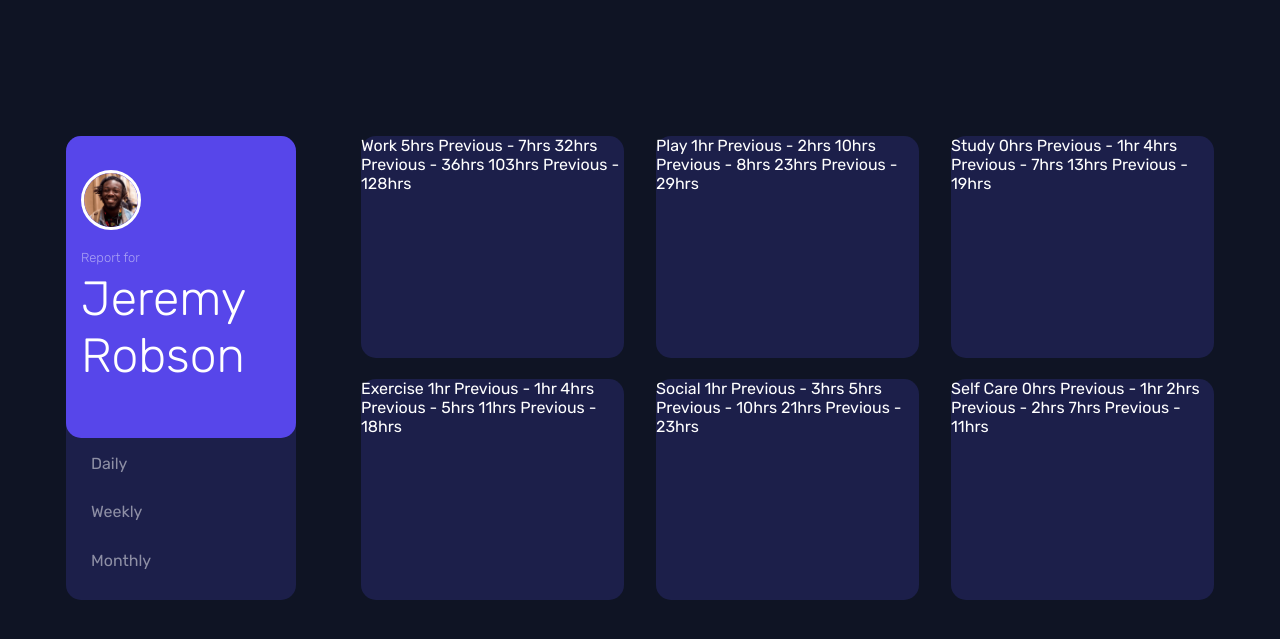
Repository: 3mr-5aled/time-tracking-dashboard-Junior
Page: index.html
These files come from the project's save history. The page is drawn as it stood at one moment and after the next save; the edit follows.
The browser window is 1280 px wide. The pictures show the whole page.

Above is the page before, as saved 2022-12-27 19:22:34.

After the next save:
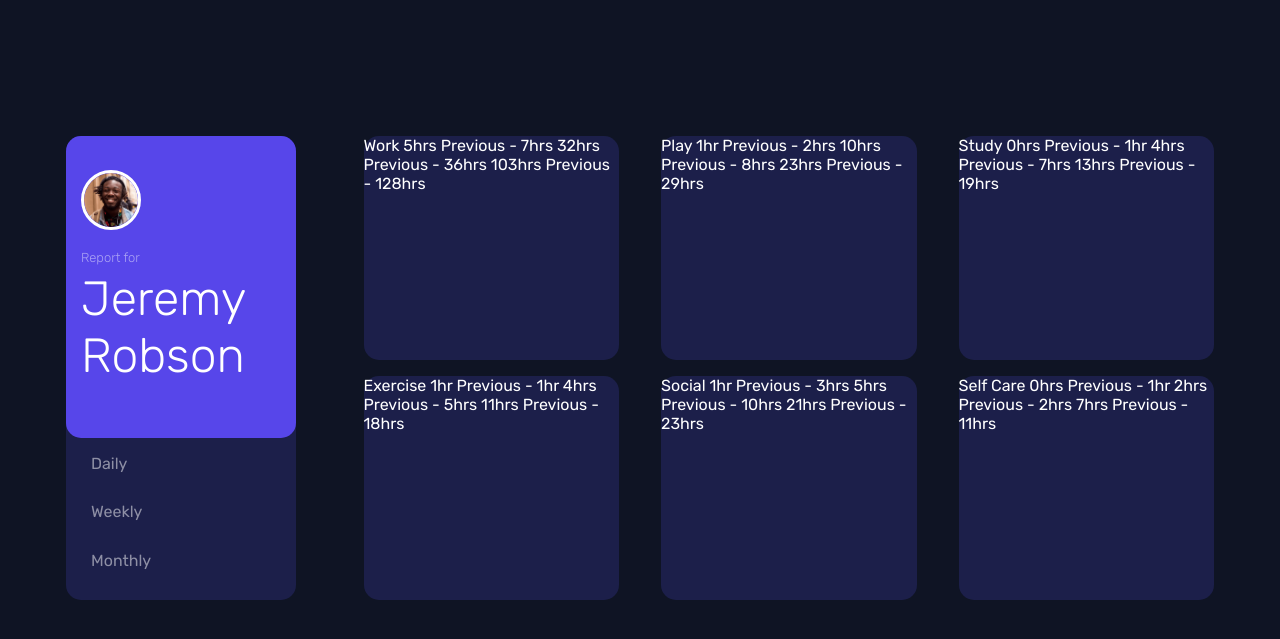
Saved 47 s later.
--- a/style.css
+++ b/style.css
@@ -46,8 +46,8 @@ body {
   display: grid;
   grid-template-columns: 1fr;
   grid-template-rows: repeat(7, 1fr);
-  grid-row-gap: 5px;
-  grid-column-gap: 0px;
+  /* grid-row-gap: 10px; */
+  grid-column-gap: 10px;
   grid-template-areas:
     "user"
     "work"
